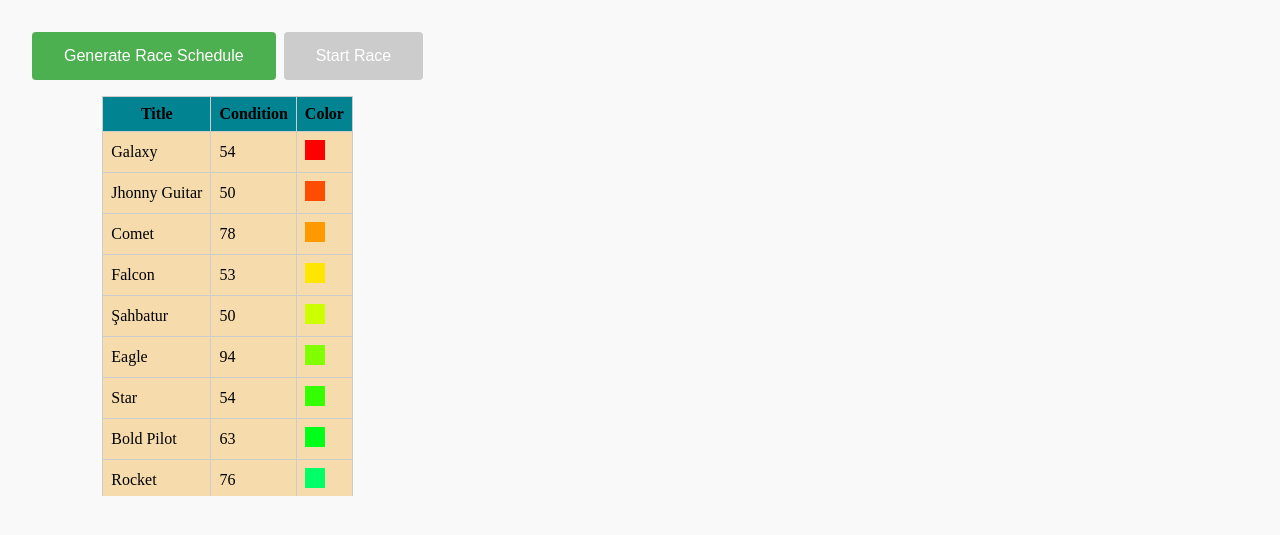
Repository: akinankarali/horse-racing-game
Page: /
These files come from the project's save history. The page is drawn as it stood at one moment and after the next save; the edit follows.
The browser window is 1280 px wide. The pictures show the whole page.
The project was rebuilt for these pictures with package versions that can differ from the ones it lists, and the page was loaded fresh each time. The framework's server and built-in components were replaced by stand-ins that run in the browser. Also part of the build but not shown: nuxt.config.ts, components/Results.vue. Imported but missing from the stored project, and not drawn on this page: store/setting.

Above is the page before, as saved 2024-06-09 21:40:42.

After the next save:
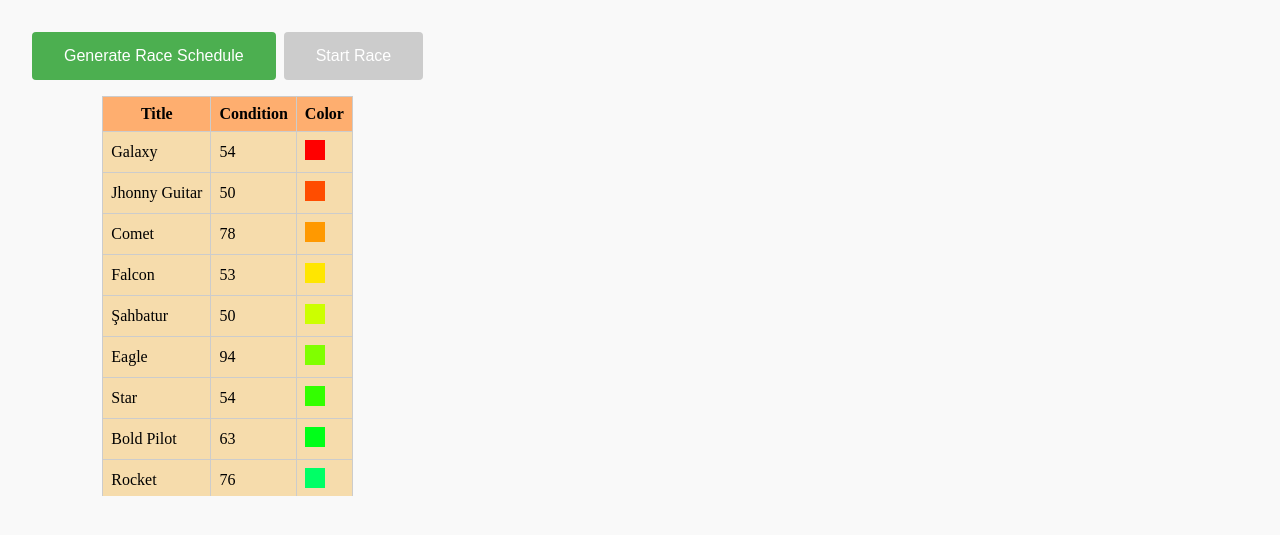
Saved 14 s later.
--- a/components/HorseTable.vue
+++ b/components/HorseTable.vue
@@ -52,7 +52,7 @@ td {
 }
 
 th {
-  background-color: #028391;
+  background-color: #feae6f;
 }
 
 div {
